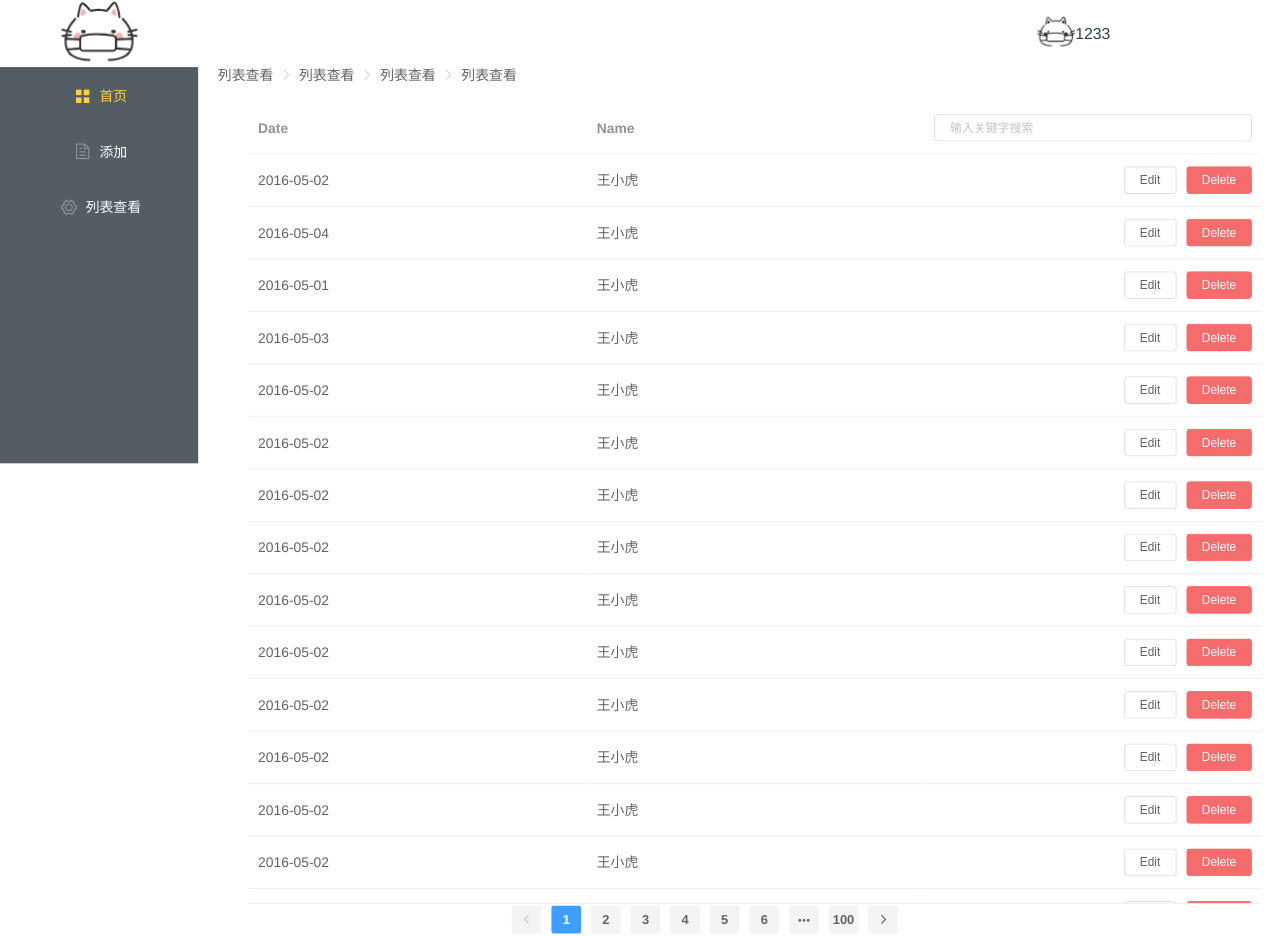
Repository: faintout/backMng
Page: /#/list (app in backmng/)
An editor plug-in stored every save of this project. The page is shown before and after the next save, followed by the edit.
The browser window is 1280 px wide. The pictures show the whole page, at 99% of full size.
An inner scrolling area shows only its first screen. The project was rebuilt for these pictures with package versions that can differ from the ones it lists, and the page was loaded fresh each time. Also part of the build but not shown: backmng/vue.config.js, backmng/src/views/_index.vue, backmng/src/views/addList.vue.

Above is the page before, as saved 2020-12-30 17:00:18.

### backmng/src/main.js
import Vue from 'vue'
import App from './App.vue'
import router from './router'
import store from './store'
import ElementUI from 'element-ui'
import 'element-ui/lib/theme-chalk/index.css'
import './assets/index.css'

Vue.use(ElementUI)
Vue.config.productionTip = false

new Vue({
  router,
  store,
  render: h => h(App)
}).$mount('#app')

### backmng/src/App.vue
<template>
  <div id="app">
    <router-view/>
  </div>
</template>

<style lang="less">
#app {
  font-family: Avenir, Helvetica, Arial, sans-serif;
  -webkit-font-smoothing: antialiased;
  -moz-osx-font-smoothing: grayscale;
  text-align: center;
  color: #2c3e50;
  height: 100%;
}

#nav {
  padding: 30px;

  a {
    font-weight: bold;
    color: #2c3e50;

    &.router-link-exact-active {
      color: #42b983;
    }
  }
}
</style>

### backmng/src/router/index.js
import Vue from 'vue'
import VueRouter from 'vue-router'
import Layout from '../views/layout.vue'
import _index from '../views/_index.vue'
import addList from '../views/addList.vue'
import list from '../views/list.vue'

Vue.use(VueRouter)

const routes = [
    {
        path: '/',
        name: 'Layout',
        component: Layout,
        children: [
            {
                path: '/_index',
                name: '首页',
                component: _index,
            },
            {
                path: '/addList',
                name: '添加',
                component: addList,
            },
            {
                path: '/list',
                name: '列表查看',
                component: list,
            },
        ]
    },
]

const router = new VueRouter({
    routes
})

export default router

### backmng/src/assets/index.css
* {
    /* width: 100%;
    height: 100%; */
    padding: 0;
    margin: 0;
}
html,body{
    height: 100%;
}
.h100{
    height: 100%;
}

### backmng/src/views/layout.vue
<template>
    <div class="h100">
        <div class="menu_list" style="width:200px;float:left">
            <!-- <header-top></header-top> -->
            <img :src="require('../assets/images/'+(!isCollapse?'7':'7_25px')+'.png')" alt="" @click="isCollapse = !isCollapse" :style="{left:isCollapse?'-64px':0}">
            <!-- <img src="../assets/images/7.png" alt="" @click="isCollapse = !isCollapse" style="cursor:pointer;"> -->
            <el-row class="tac h100">
                <el-col :span="12" class="h100">
                    <el-menu default-active="/_index" router class="el-menu-vertical-demo" @open="handleOpen" @close="handleClose" background-color="#545c64" text-color="#fff" active-text-color="#ffd04b" :collapse="isCollapse">
                        <el-menu-item index="/_index">
                            <i class="el-icon-menu"></i>
                            <span slot="title">首页</span>
                        </el-menu-item>
                        <el-menu-item index="/addList">
                            <i class="el-icon-document"></i>
                            <span slot="title">添加</span>
                        </el-menu-item>
                        <el-menu-item index="/list">
                            <i class="el-icon-setting"></i>
                            <span slot="title">列表查看</span>
                        </el-menu-item>
                    </el-menu>
                </el-col>
            </el-row>
        </div>
        <div style="width:80%;float:left">
            <header-top></header-top>
            <div class="content">
                <el-breadcrumb separator-class="el-icon-arrow-right"  style="margin: 5px 0 20px 20px;">
                    <el-breadcrumb-item>{{$route.name}}</el-breadcrumb-item>
                    <el-breadcrumb-item>{{$route.name}}</el-breadcrumb-item>
                    <el-breadcrumb-item>{{$route.name}}</el-breadcrumb-item>
                    <el-breadcrumb-item>{{$route.name}}</el-breadcrumb-item>
                </el-breadcrumb>
                <router-view></router-view>
            </div>
        </div>


    </div>
</template>

<script>
    import headerTop from './headerTop'
    export default {
        components: {
            headerTop
        },
        data() {
            return {
                isCollapse: false
            }
        },
        watch: {},
        computed: {},
        methods: {
            handleOpen(key, keyPath) {
                console.log(key, keyPath);
            },
            handleClose(key, keyPath) {
                console.log(key, keyPath);
            }
        },
        mounted() {},
        created() {},
    }
</script>
<style lang="less" scoped>
    .el-menu-vertical-demo:not(.el-menu--collapse) {
        width: 200px;
        min-height: 400px;
        // height: calc(100% - 64px);
    }

    .menu_list {
        img {
            cursor: pointer;
            position: relative,
        }
    }
</style>

### backmng/src/views/list.vue
<template>
    <div class="list_content">
        <el-table class="list_content_table" :data="tableData.filter(data => !search || data.name.toLowerCase().includes(search.toLowerCase()))" style="width: 100%">
            <el-table-column label="Date" prop="date">
            </el-table-column>
            <el-table-column label="Name" prop="name">
            </el-table-column>
            <el-table-column align="right">
                <template slot="header" slot-scope="scope">
                    <el-input v-model="search" size="mini" placeholder="输入关键字搜索" />
                </template>
                <template slot-scope="scope">
                    <el-button size="mini" @click="handleEdit(scope.$index, scope.row)">Edit</el-button>
                    <el-button size="mini" type="danger" @click="handleDelete(scope.$index, scope.row)">Delete</el-button>
                </template>
            </el-table-column>
        </el-table>
        <el-pagination background layout="prev, pager, next" :total="1000">
        </el-pagination>
    </div>
</template>

<script>
    export default {
        components: {},
        data() {
            return {
                tableData: [{
                    date: '2016-05-02',
                    name: '王小虎',
                    address: '上海市普陀区金沙江路 1518 弄'
                }, {
                    date: '2016-05-04',
                    name: '王小虎',
                    address: '上海市普陀区金沙江路 1517 弄'
                }, {
                    date: '2016-05-01',
                    name: '王小虎',
                    address: '上海市普陀区金沙江路 1519 弄'
                }, {
                    date: '2016-05-03',
                    name: '王小虎',
                    address: '上海市普陀区金沙江路 1516 弄'
                }],
                search: ''
            }
        },
        watch: {},
        computed: {},
        methods: {
            handleEdit(index, row) {
                console.log(index, row);
            },
            handleDelete(index, row) {
                console.log(index, row);
            },
            addData() {
                for (let i = 0; i < 100; i++) {
                    this.tableData.push({
                        date: '2016-05-02',
                        name: '王小虎',
                        address: '上海市普陀区金沙江路 1518 弄'
                    })
                }
            }
        },
        mounted() {},
        created() {
            this.addData()
        },
    }
</script>
<style lang="less" scoped>
    .list_content {
        width: 100%;
        height: 100%;
    }

    .list_content_table {
        width: 90%;
        margin-left: 5%;
        height: 810px;
        overflow: scroll;
    }
</style>

### backmng/src/views/headerTop.vue
<template>
    <div>
        <div class="header">
            <div class="user_info">
                <div class="user_pic">
                    <img src="../assets/images/user_pic.png" alt="">
                </div>
                <div class="user_name">1233</div>
            </div>
        </div>
    </div>
</template>

<script>
    export default {
        components: {},
        data() {
            return {}
        },
        watch: {},
        computed: {},
        methods: {},
        mounted() {},
        created() {},
    }
</script>
<style lang="less" scoped>
    .header {
        // display: flex;
        justify-content: space-between;
        height: 64px;
        width: 100%;
        vertical-align: middle;
        display: inline-block;
        // img{
        //     float: left;
        // }
    }

    .user_info div {
        display: inline-block;
        margin-top: 16px;
    }

    .user_info {
        text-align: center;
        margin-right: 10%;
        vertical-align: middle;
        float: right;
    }

    .user_name {
        vertical-align: middle;
        display: inline-block;
    }

    .user_pic {
        vertical-align: middle;
    }
</style>

Loaded but not shown: backmng/public/index.html (common file); backmng/src/store/index.js (common file)

After the next save:
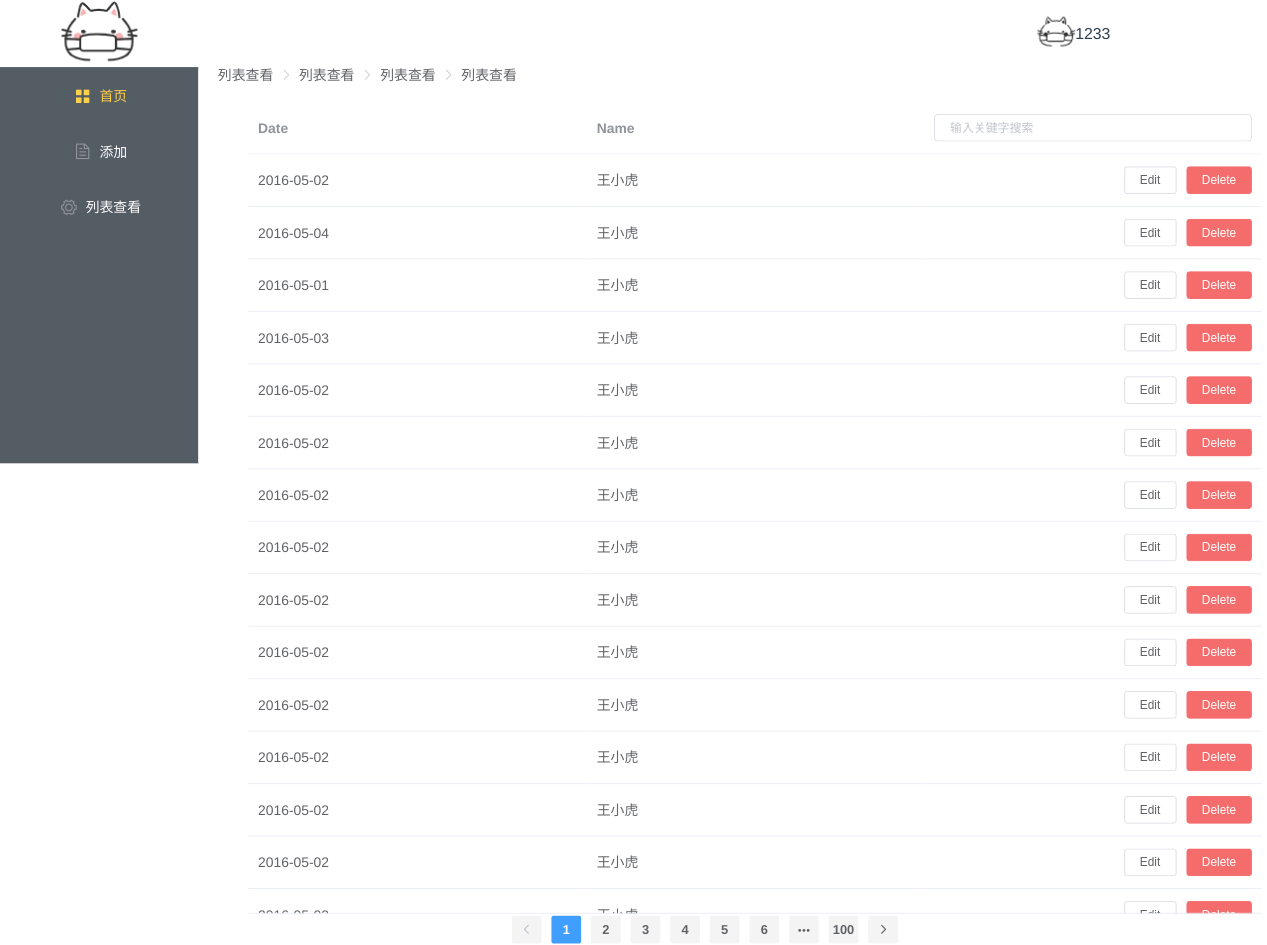
Saved 5 s later.
--- a/backmng/src/views/list.vue
+++ b/backmng/src/views/list.vue
@@ -79,7 +79,7 @@
     .list_content_table {
         width: 90%;
         margin-left: 5%;
-        height: 810px;
+        height: 820px;
         overflow: scroll;
     }
 </style>
